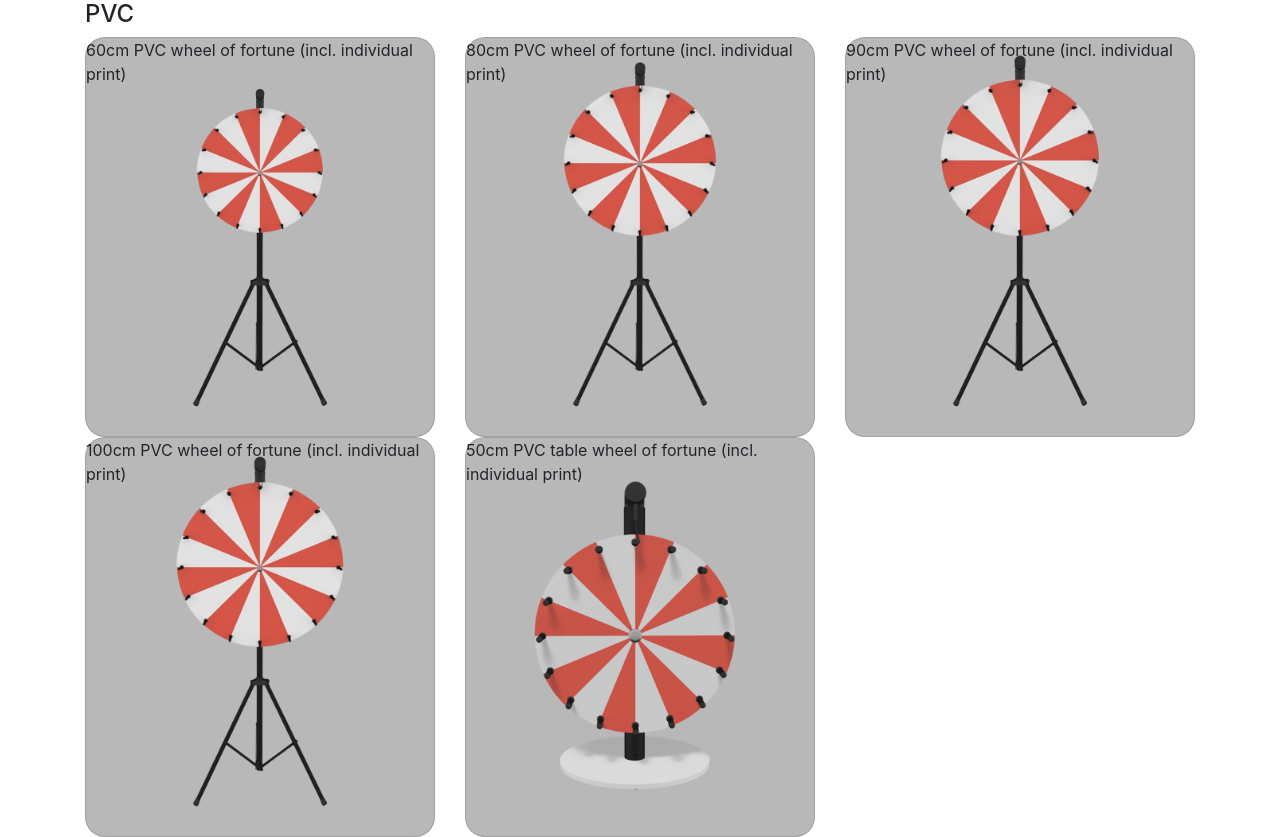
Repository: Awaisp-irfan/fahad-project
Page: pvc.html
These files come from the project's save history. The page is drawn as it stood at one moment and after a run of saves; the edit follows.
The browser window is 1280 px wide. The pictures show the whole page.

Above is the page before, as saved 2022-06-30 08:21:05.

After the next 2 saves:
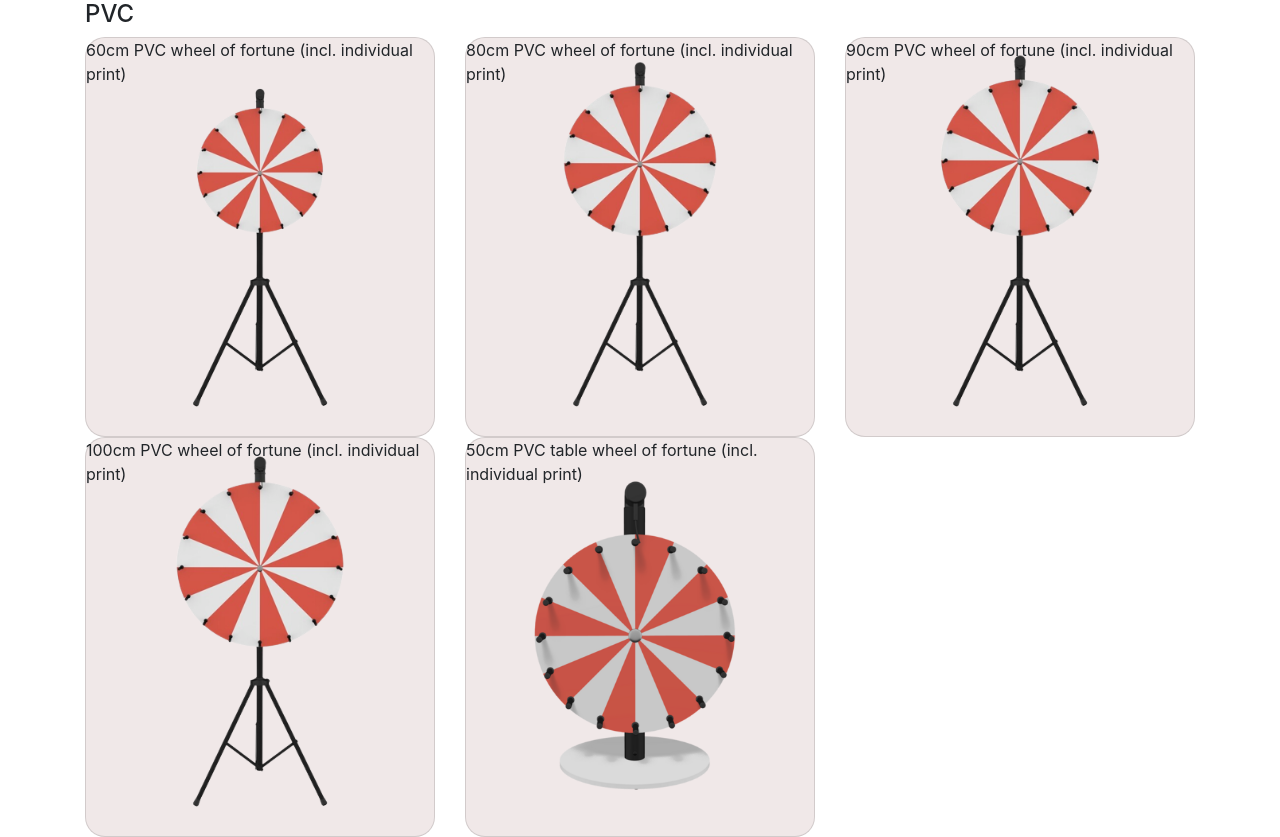
The 2 saves are shown as one change because they came seconds apart.
The last was saved 21 s later.
--- a/style.css
+++ b/style.css
@@ -14,7 +14,7 @@
 .col-lg-4>.img-div{
     height: 400px;
     border-radius: 20px;
-    background-color: rgb(184, 184, 184);
+    background-color: rgb(240, 232, 232);
 }
 .wooden{
     background-image: url(./assests/wooden.jpg);
